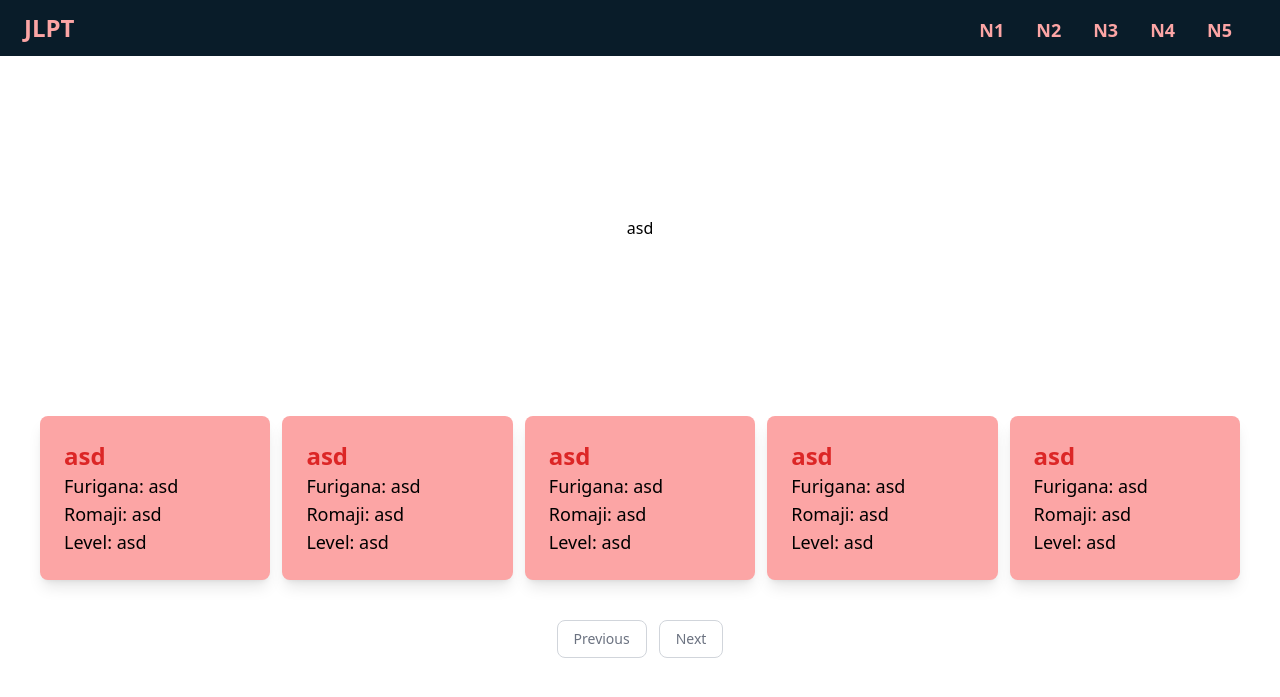
Repository: Penglee25/JLPT-vocabulary
Page: /n1
These files come from the project's save history. The page is drawn as it stood at one moment and after the next save; the edit follows.
The browser window is 1280 px wide. The pictures show the whole page.
The project was rebuilt for these pictures with package versions that can differ from the ones it lists, and the page was loaded fresh each time. The framework's server and built-in components were replaced by stand-ins that run in the browser. Also part of the build but not shown: next.config.js, src/styles/main.css.

Above is the page before, as saved 2023-03-17 13:43:15.

### src/pages/_app.tsx
import type { AppProps } from 'next/app';
import React from 'react';
import Head from '../components/head';

import '../styles/global.css';
import '../styles/main.css';

function MyApp({ Component, pageProps }: AppProps) {
  return (
    <React.Fragment>
      <Head />
      <Component {...pageProps} />
    </React.Fragment>
  )
}

export default MyApp;

### src/pages/n1.tsx
import Navbar from "../components/navbar";

export default function n1() {

    return (
        <div>
            <Navbar />
            <div className="container p-10">

                <div className="text-center my-44">
                    <h1>asd</h1>
                </div>

                <div className=" grid md:grid-cols-5 gap-3 grid-cols-3">
                    <div key={0} className="block rounded-lg bg-red-300 p-6 shadow-lg dark:bg-neutral-700">
                        <span className='text-2xl font-bold text-red-600'>asd</span>
                        <p className='my-0 text-lg'>Furigana: asd</p>
                        <p className='my-0 text-lg'>Romaji: asd</p>
                        <p className='my-0 text-lg'>Level: asd</p>
                    </div>
                    <div key={0} className="block rounded-lg bg-red-300 p-6 shadow-lg dark:bg-neutral-700">
                        <span className='text-2xl font-bold text-red-600'>asd</span>
                        <p className='my-0 text-lg'>Furigana: asd</p>
                        <p className='my-0 text-lg'>Romaji: asd</p>
                        <p className='my-0 text-lg'>Level: asd</p>
                    </div>
                    <div key={0} className="block rounded-lg bg-red-300 p-6 shadow-lg dark:bg-neutral-700">
                        <span className='text-2xl font-bold text-red-600'>asd</span>
                        <p className='my-0 text-lg'>Furigana: asd</p>
                        <p className='my-0 text-lg'>Romaji: asd</p>
                        <p className='my-0 text-lg'>Level: asd</p>
                    </div>
                    <div key={0} className="block rounded-lg bg-red-300 p-6 shadow-lg dark:bg-neutral-700">
                        <span className='text-2xl font-bold text-red-600'>asd</span>
                        <p className='my-0 text-lg'>Furigana: asd</p>
                        <p className='my-0 text-lg'>Romaji: asd</p>
                        <p className='my-0 text-lg'>Level: asd</p>
                    </div>
                    <div key={0} className="block rounded-lg bg-red-300 p-6 shadow-lg dark:bg-neutral-700">
                        <span className='text-2xl font-bold text-red-600'>asd</span>
                        <p className='my-0 text-lg'>Furigana: asd</p>
                        <p className='my-0 text-lg'>Romaji: asd</p>
                        <p className='my-0 text-lg'>Level: asd</p>
                    </div>
                </div>

                <div className="pagination text-center mt-10">
                    <a href="#" className="inline-flex items-center px-4 py-2 text-sm font-medium text-gray-500 bg-white border border-gray-300 rounded-lg hover:bg-gray-100 hover:text-gray-700 dark:bg-gray-800 dark:border-gray-700 dark:text-gray-400 dark:hover:bg-gray-700 dark:hover:text-white">
                        Previous
                    </a>
                    <a href="#" className="inline-flex items-center px-4 py-2 ml-3 text-sm font-medium text-gray-500 bg-white border border-gray-300 rounded-lg hover:bg-gray-100 hover:text-gray-700 dark:bg-gray-800 dark:border-gray-700 dark:text-gray-400 dark:hover:bg-gray-700 dark:hover:text-white">
                        Next
                    </a>
                </div>

            </div>
        </div>
    )
}

### src/components/head.tsx
import NextHead from 'next/head';

const title = 'JLPT Vocabulary API';
const desc = 'A RESTful / GraphQL API for JPLT vocabulary from N5 to N1';
const url = 'https://jlpt-keiz.vercel.app';

export default function Head() {
  return (
    <NextHead>
      <title>{title}</title>
      <meta name="description" content={desc} />
      <link rel="shortcut icon" type="image/x-icon" href="/icon-r.png" />

      <meta property="og:type" content="website" />
      <meta property="og:title" content={title} />
      <meta property="og:description" content={desc} />
      <meta property="og:url" content={url} />
      <meta property="og:image" content={`${url}/icon-s.png`} />

      <meta name="twitter:card" content="summary" />
    </NextHead>
  );
}

### src/styles/global.css
@tailwind base;
@tailwind components;
@tailwind utilities;

html {
  @apply antialiased;
}

.levels{
  color: #a2a2a2;
  font-weight: 600;
  transition: .3s;
  cursor: pointer;
}

.levels::after{
  content: '\261B';
  margin-left: 5px;
  position: absolute;
}

.levels:hover{
  color: black;
  text-decoration: underline;
}

### src/components/navbar.tsx
import Link from 'next/link'
import { useState } from 'react'

import { navLinks } from '../utils/data'

export default function Navbar() {
    const [isOpen, setIsOpen] = useState(false)
    const animate = useState(true)


    const NavMobile = ({ onClick }: any) => {
        // const animate = useStartAnimation()

        // return (
        //     <div className={`md:hidden flex flex-col text-white font-dosis w-11/12 mx-auto pl-2 pb-5 ${animate? '': 'translate-x-60 -translate-y-7 opacity-0'} transform transition duration-1000`}>

        //     </div>
        // )
    }

    return (
        <div style={{ backgroundColor: '#091c29' }} className='fixed top-0 w-full z-20 px-6'>
            <div className="w-full mx-auto py-3 flex items-center justify-between text-red-300 font-dosis transform transition duration-2500 text-2xl font-bold cursor-pointer">
                <Link href={navLinks[0].path}>
                <h3> JLPT </h3>
                </Link>
                <div className={`hidden md:block ${animate ? '' : 'translate-x-20 opacity-0'} transform transition duration-2500`}>
                    {
                        navLinks.map((nav: any, i) => (
                            <Link key={i} href={nav.path}>
                                <span className='font-bold text-lg mr-4 px-2 cursor-pointer border-b-2 border-transparent hover:border-white anim'>{nav.name}</span>
                            </Link>
                        ))
                    }
                </div>

                <div className='md:hidden -mr-1 flex'>
                </div>
            </div>


        </div>
    )
}

### src/utils/data.ts
export const navLinks = [
    { name: "",
     path: "/"
    },
    {
      name: "N1",
      path: "/n1",
    },
    {
      name: "N2",
      path: "/N2",
    },
    {
      name: "N3",
      path: "/N3",
    },
    {
      name: "N4",
      path: "/N4",
    },
    {
      name: "N5",
      path: "/N5",
    },
  ];

### tailwind.config.js
module.exports = {
	content: ["./src/**/*.tsx"],
	theme: {
		extend: {
			animation: {
				none: "none",
				spin: "spin 1s linear infinite",
				ping: "ping 1s cubic-bezier(0, 0, 0.2, 1) infinite",
				pulse: "pulse 2s cubic-bezier(0.4, 0, 0.6, 1) infinite",
				pulse1s: "pulse1s 1s cubic-bezier(0.4, 0, 0.6, 1) infinite",
				bounce: "bounce 1s infinite",
				newbounce: "newbounce 1s infinite",
				rebounce: "rebounce 1s infinite",
				float: "float 3s infinite",
				refloat: "refloat 3s infinite",
			},
			fontSize: {
				xs: ["0.75rem", { lineHeight: "1rem" }],
				sm: ["0.875rem", { lineHeight: "1.25rem" }],
				base: ["1rem", { lineHeight: "1.5rem" }],
				lg: ["1.125rem", { lineHeight: "1.75rem" }],
				xl: ["1.25rem", { lineHeight: "1.75rem" }],
				"2xl": ["1.5rem", { lineHeight: "2rem" }],
				"3xl": ["1.875rem", { lineHeight: "2.25rem" }],
				"4xl": ["2.25rem", { lineHeight: "2.5rem" }],
				"5xl": ["3rem", { lineHeight: "1" }],
				"6xl": ["3.75rem", { lineHeight: "1" }],
				"7xl": ["4.5rem", { lineHeight: "1" }],
				"8xl": ["6rem", { lineHeight: "1" }],
				"9xl": ["8rem", { lineHeight: "1" }],
			},
		},
	},
	plugins: [require("@tailwindcss/typography")],
};

After the next save:
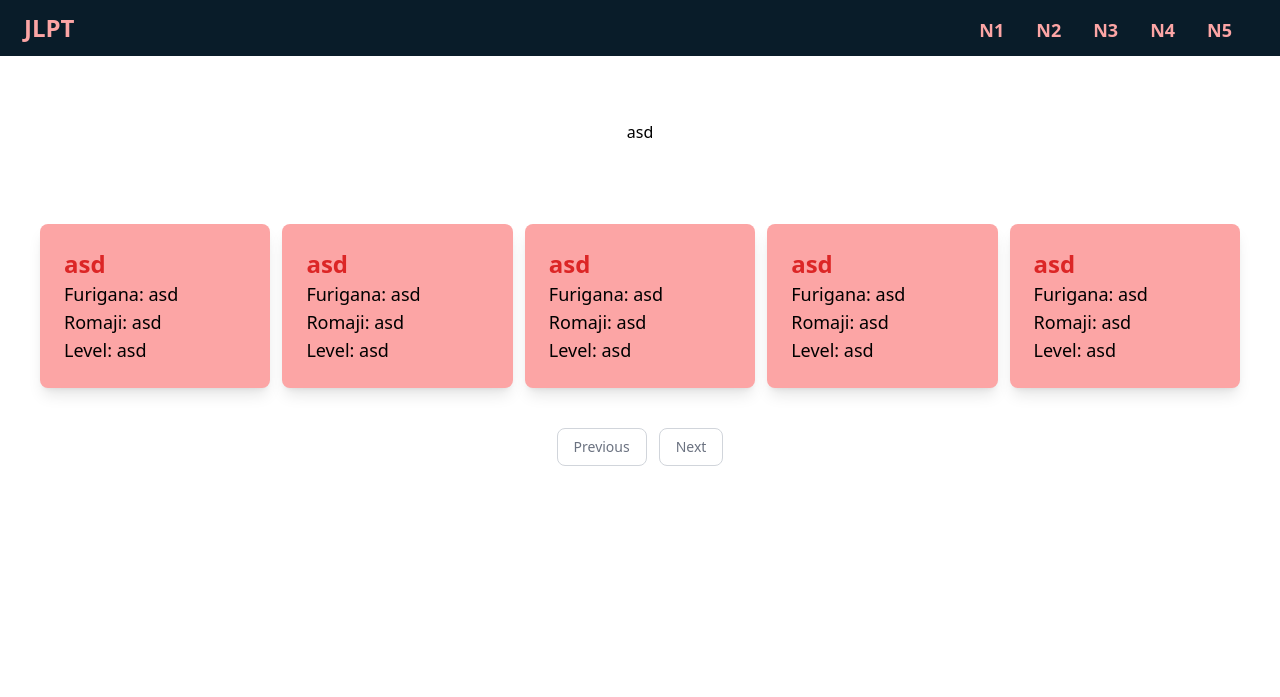
Saved 81 min 43 s later.
--- a/src/pages/n1.tsx
+++ b/src/pages/n1.tsx
@@ -7,7 +7,7 @@ export default function n1() {
             <Navbar />
             <div className="container p-10">
 
-                <div className="text-center my-44">
+                <div className="text-center my-20">
                     <h1>asd</h1>
                 </div>
 
